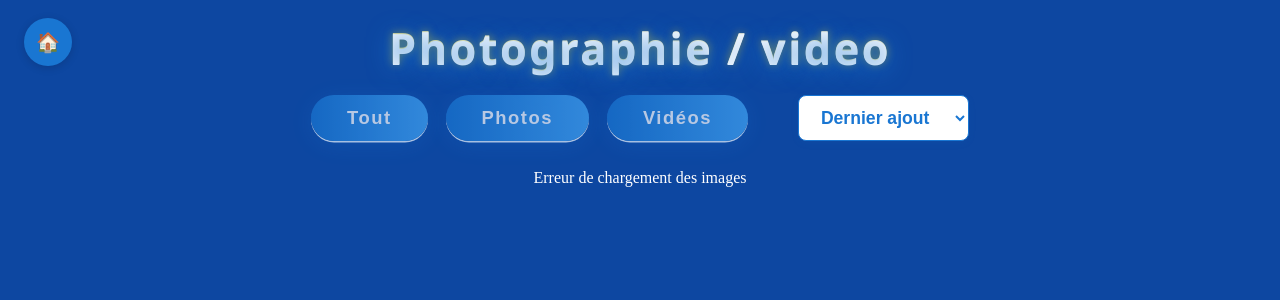
Repository: OsWooD83/Magic-Ps-Care
Page: photographie.html
An editor plug-in stored every save of this project. The page is shown before and after the next save, followed by the edit.
The browser window is 1280 px wide. The pictures show the whole page.
The page's requests for data from a server got no answer.

Above is the page before, as saved 2025-07-07 21:14:26.
Console error: TypeError: Cannot read properties of null (reading 'addEventListener')

After the next save:
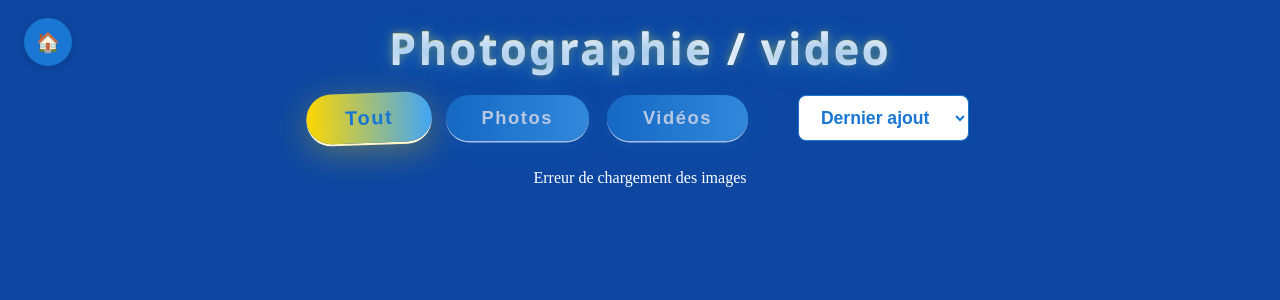
The error is gone.
Saved 28 s later.
--- a/photographie.html
+++ b/photographie.html
@@ -252,6 +252,10 @@
         <img id="modalImg" src="" alt="Image en grand" style="display:none;">
         <video id="modalVideo" controls style="max-width:90vw; max-height:90vh; background:#0d47a1; border-radius:8px; box-shadow:0 4px 32px rgba(0,0,0,0.5); display:none;"></video>
         <span class="modal-arrow modal-arrow-right" id="modalNext">&#8594;</span>
+        <div class="modal-zoom-controls">
+            <button id="zoomIn" title="Zoomer" class="zoom-btn">+</button>
+            <button id="zoomOut" title="Dézoomer" class="zoom-btn">−</button>
+        </div>
     </div>
     <style>
         /* ...existing code... */
